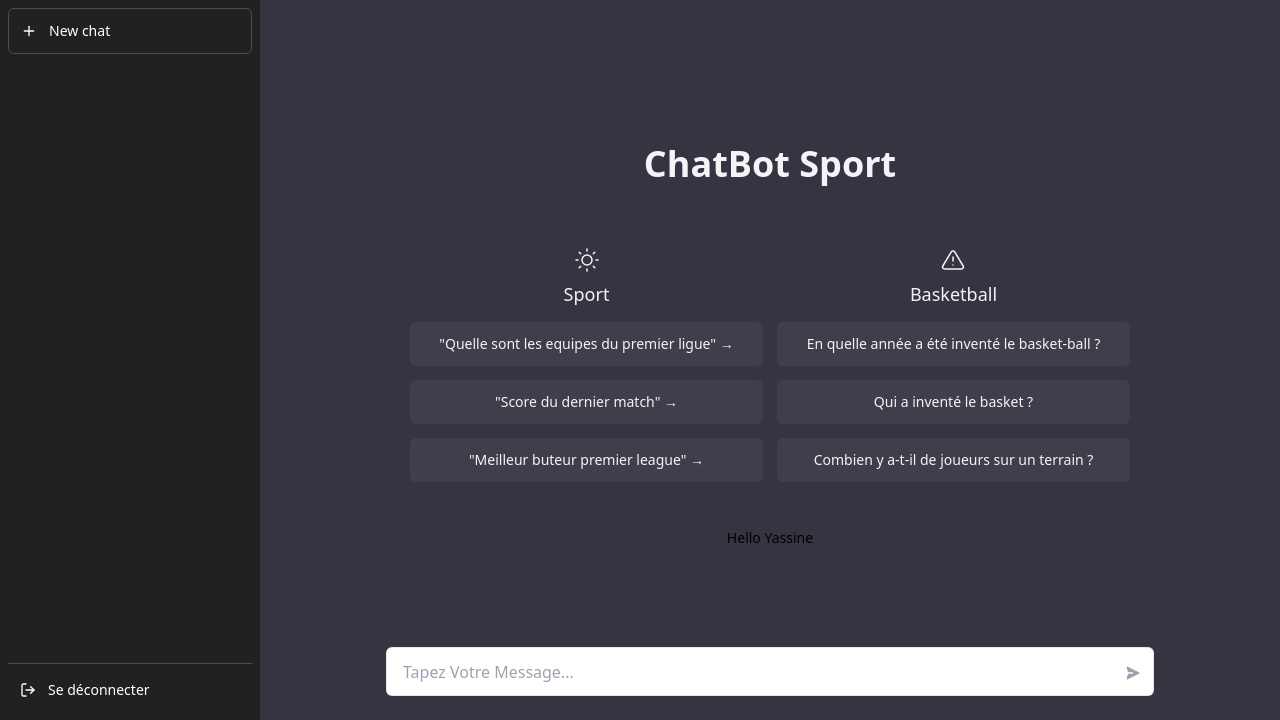
Repository: HaithemBenSlama/chatbot-front
Page: /, after clicking the first element matching `button.sc-gsFSXq`
The author's editor kept a copy of each file at every save. The page is drawn from the files as they stood at one save, then again after the next save.
The browser window is 1280 px wide. The pictures show the whole page.
The project was rebuilt for these pictures with package versions that can differ from the ones it lists, and the page was loaded fresh each time. Also part of the build but not shown: src/constants/svg/lightningChargeIcon.js, src/constants/svg/externalLinkIcon.js, src/constants/svg/discordIcon.js, src/constants/svg/menuIcon.js, src/Components/Login/form-input.css.

Above is the page before, as saved 2023-05-01 22:09:13.

### src/App.js
import React from 'react'
import { LeftSection, RightSection } from './Components/main'
import { useState } from "react"
import Login from './Components/Login/Login';

const App = () => {
  const [isLoggedIn, setIsLoggedIn] = useState(false);
  return (
    <div>
      {isLoggedIn ? (
        <>
        <LeftSection setIsLoggedIn={setIsLoggedIn}/>
        <RightSection/>
        </>
      ) : (
        <Login setIsLoggedIn={setIsLoggedIn}/>
      )}
    </div>
  )
      }
export default App

### src/Components/main/index.js
import LeftSection from "./LeftSection";
import RightSection from "./RightSection";
import Footer from "./Footer";

export {RightSection, LeftSection, Footer}

### src/Components/Login/Login.jsx
import React from "react";
import "./login.css";
import * as Components from './Components';
import   { useState } from 'react';
import { useCookies } from "react-cookie";
import FormInput from "./FormInput";

const Login = ({setIsLoggedIn}) => {
    const [token,setToken]=useCookies(["user-token"]);
    const [signIn, toggle] = React.useState(true);
    const [data, setData] = useState();

    const [values, setValues] = useState({
        username: "",
        password: "",
    });
    const onChange = (e) => {
            setValues({ ...values, [e.target.name]: e.target.value });
    };

    const [valuesCreate, setValuesCreate] = useState({
        username: "",
        city: "",
        email: "",
        password: "",
    });
    const onChangeCreate = (e) => {
        setValuesCreate({ ...valuesCreate, [e.target.name]: e.target.value });
    };
    const handleSubmit = (e) => {
        e.preventDefault();
    };

    const inputs = [
        {
        id: 1,
        name: "username",
        type: "text",
        placeholder: "Username",
        errorMessage:
            "Username should be 3-16 characters and shouldn't include any special character!",
        label: "Username",
        pattern: "^[A-Za-z0-9]{3,16}$",
        required: true,
        },
        {
        id: 2,
        name: "password",
        type: "password",
        placeholder: "Password",
        errorMessage:
            "Password should be 8-20 characters and include at least 1 letter and 1 number!",
        label: "Password",
        pattern: `^(?=.*[0-9])(?=.*[a-zA-Z])[a-zA-Z0-9!@#$%^&*]{8,20}$`,
        required: true,
        },
    ];

    const inputsCreate = [
        {
        id: 1,
        name: "username",
        type: "text",
        placeholder: "Username",
        errorMessage:
            "Username should be 3-16 characters and shouldn't include any special character!",
        label: "Username",
        pattern: "^[A-Za-z0-9]{3,16}$",
        required: true,
        },
        {
            id: 2,
            name: "city",
            type: "text",
            placeholder: "City",
            errorMessage:
                "City name should be 3-16 characters and shouldn't include any special character!",
            label: "City",
            pattern: "^[A-Za-z]{3,16}$",
            required: true,
            },
        {
        id: 3,
        name: "email",
        type: "email",
        placeholder: "Email",
        errorMessage: "It should be a valid email address!",
        label: "Email",
        required: true,
        },
        {
        id: 4,
        name: "password",
        type: "password",
        placeholder: "Password",
        errorMessage:
            "Password should be 8-20 characters and include at least 1 letter and 1 number!",
        label: "Password",
        pattern: `^(?=.*[0-9])(?=.*[a-zA-Z])[a-zA-Z0-9!@#$%^&*]{8,20}$`,
        required: true,
        },
    ];

    const submitLog = async (e) => {
        e.preventDefault()
        const user = {
            username: values.username,
            password: values.password
        };
        const response=await fetch('http://127.0.0.1:8000/user/verif_user_login/', {
            method: 'POST',
            headers: {
                'accept': '*/*',
                'Content-Type':'multipart/form-data; boundary=--------------------------499310528544182401120976',
            },
            body:JSON.stringify(user)
        })
        const responseJson=await response.json();
        setToken("user-token",responseJson.usertoken);
    };

    const submitCreate = async (e) => {

        e.preventDefault()
        const user = {
            username: valuesCreate.username,
            city: valuesCreate.city,
            email: valuesCreate.email,
            password: valuesCreate.password
        };
        const response=await fetch('http://127.0.0.1:8000/user/verif_user/', {
            method: 'POST',
            headers: {
                'accept': '*/*',
                'Content-Type':'multipart/form-data; boundary=--------------------------499310528544182401120976',
            },
            body:JSON.stringify(user)
        })
        const responseJson=await response.json();
        setToken("user-token",responseJson.usertoken);
    };


        return(
            <div className="comp_body"><h1 className="logTitle">ChatBot</h1>
                <Components.Container>
                    <Components.SignUpContainer signinIn={signIn}>
                        <Components.Form  onSubmit={handleSubmit} >
                            <Components.Title>Create Account</Components.Title>
                            {inputsCreate.map((input) => (
                                <FormInput
                                    key={input.id}
                                    {...input}
                                    value={valuesCreate[input.name]}
                                    onChange={onChangeCreate}
                                />
                                ))}
                            <Components.Button onClick={submitCreate}>Sign Up</Components.Button>
                        </Components.Form>
                    </Components.SignUpContainer>

                    <Components.SignInContainer signinIn={signIn}>
                        <Components.Form >
                            <Components.Title>Log in</Components.Title>
                            {inputs.map((input) => (
                                <FormInput
                                    key={input.id}
                                    {...input}
                                    value={values[input.name]}
                                    onChange={onChange}
                                />
                                ))}
                            <Components.Anchor href='#'>Forgot your password?</Components.Anchor>
                            <Components.Button onClick={()=>{setIsLoggedIn(true)}} >Sign In</Components.Button>
                        </Components.Form>
                    </Components.SignInContainer>

                    <Components.OverlayContainer signinIn={signIn}>
                    <Components.Overlay signinIn={signIn}>

                    <Components.LeftOverlayPanel signinIn={signIn}>
                        <Components.Title>Welcome Back!</Components.Title>
                        <Components.Paragraph>
                            To keep connected with us please login with your personal info
                        </Components.Paragraph>
                        <Components.GhostButton onClick={() => toggle(true)}>
                            Sign In
                        </Components.GhostButton>
                        </Components.LeftOverlayPanel>

                        <Components.RightOverlayPanel signinIn={signIn}>
                            <Components.Title>Hello, Friend!</Components.Title>
                            <Components.Paragraph>
                                Enter Your personal details and start journey with us
                            </Components.Paragraph>
                                <Components.GhostButton onClick={() => toggle(false)}>
                                    Sigin Up
                                </Components.GhostButton>
                        </Components.RightOverlayPanel>

                    </Components.Overlay>
                </Components.OverlayContainer>

            </Components.Container>
        </div>
        )
}

export default Login;

### src/Components/main/LeftSection/index.js
import React from "react";
import { LogOutIcon,PlusIcon,} from "../../../constants";

const LeftSection = ({ show = false }) => {
  return (
    <div
      className={`${show && " flex flex-col"} ${
        !show && "hidden"
      } bg-black md:fixed md:inset-y-0 md:flex md:w-[260px] md:flex-col`}
    >
      <div className="flex h-full min-h-0 flex-col ">
        <div className="scrollbar-trigger flex h-full w-full flex-1 items-start border-white/20">
          <nav className="flex h-full flex-1 flex-col space-y-1 p-2">
            <a className="flex py-3 px-3 items-center gap-3 rounded-md hover:bg-gray-500/10 transition-colors duration-200 text-white cursor-pointer text-sm mb-2 flex-shrink-0 border border-white/20">
              <PlusIcon />
              New chat
            </a>
            <div className="flex-col flex-1 overflow-y-auto border-b border-white/20">
              <div className="flex flex-col gap-2 text-gray-100 text-sm">
                {/*  */}
              </div>
            </div>
              <a
                className="flex py-3 px-3 items-center gap-3 rounded-md hover:bg-gray-500/10 transition-colors duration-200 text-white cursor-pointer text-sm"
                href="/Login"
              >
                <LogOutIcon/>
                Se déconnecter
              </a>
          </nav>
        </div>
      </div>
    </div>
  );
};

export default LeftSection;

### src/Components/main/RightSection/index.js
import { CautionIcon, LightningChargeIcon, SunIcon } from "../../../constants";
import Footer from "../Footer";

const RightSection = () => {
  return (
    <div className="flex h-full flex-1 flex-col md:pl-[260px]">
      <main className="relative h-full w-full transition-width flex flex-col overflow-hidden items-stretch flex-1">
        <div className="flex-1 overflow-hidden">
          <div className="flex flex-col items-center text-sm h-full md:h-screen bg-lightBlack">
            <div className="text-gray-800 w-full md:max-w-2xl lg:max-w-3xl md:h-full md:flex md:flex-col px-6">
              <h1 className="text-4xl text-gray-100 font-semibold text-center mt-6 sm:mt-[20vh] ml-auto mr-auto mb-10 sm:mb-16">
                ChatBot Sport
              </h1>
              <div className="md:flex items-start text-center gap-3.5">
                {[
                  {
                    icon: <SunIcon />,
                    title: "Sport",
                    subTitle: [
                      `"Quelle sont les equipes du premier ligue" →`,
                      `"Score du dernier match" →`,
                      `"Meilleur buteur premier league" →`,
                    ],
                    hover: true,
                  },
                  {
                    icon: <CautionIcon />,
                    title: "Basketball",
                    subTitle: [
                      `En quelle année a été inventé le basket-ball ?`,
                      `Qui a inventé le basket ?`,
                      `Combien y a-t-il de joueurs sur un terrain ?`,
                    ],
                    hover: false,
                  },
                ].map((item, index) => (
                  <div
                    className="flex flex-col mb-8 md:mb-auto gap-3.5 flex-1"
                    key={index}
                  >
                    <h2 className="flex gap-3 text-gray-100 items-center m-auto text-lg font-normal md:flex-col md:gap-2">
                      {item.icon}
                      {item.title}
                    </h2>
                    <ul className="flex flex-col gap-3.5 w-full sm:max-w-md m-auto">
                      {item.subTitle.map((subTitle, subTitleIndex) => (
                        <button
                          className={`w-full bg-gray-50 text-gray-100 bg-white/5 p-3 rounded-md ${
                            item.hover
                              ? "hover:bg-gray-200 dark:hover:bg-gray-900 cursor-pointer"
                              : "cursor-text"
                          }`}
                          key={subTitleIndex}
                        >
                          {subTitle}
                        </button>
                      ))}
                    </ul>
                  </div>
                ))}
              </div>
            </div>
            <div className="w-1/2 h-48 flex-shrink-0">
            <div className="md:flex items-start text-center gap-3.5">
              <ul className="flex flex-col gap-3.5 w-full sm:max-w-md m-auto">Hello Yassine</ul>
            </div>
            </div>
          </div>
        </div>
        <Footer />
      </main>
    </div>
  );
};

export default RightSection;

### src/Components/main/Footer/index.js
import React from "react";
import { PlaneIcon, UserIcon } from "../../../constants";

const Footer = () => {
  return (
    <div className="absolute bottom-0 left-0 w-full border-t md:border-t-0 dark:border-white/20 md:border-transparent md:dark:border-transparent md:bg-vert-light-gradient bg-gray-800 md:!bg-transparent">
      <form className="mx-2 flex flex-row gap-3 pt-2 last:mb-2 md:last:mb-6 lg:mx-auto lg:max-w-3xl lg:pt-6">
        <div className="relative flex h-full flex-1 md:flex-col">
          <div className="ml-1 mt-1.5 md:w-full md:m-auto md:flex md:mb-2 gap-2 justify-center">
            <div className="text-gray-100 p-1 md:hidden">
              <UserIcon />
            </div>
          </div>
          {/* Input */}
          <div className="flex flex-col w-full py-2 pl-3 flex-grow md:py-3 md:pl-4 relative border border-black/10 bg-white dark:border-gray-900/50 dark:text-white rounded-md bg-[rgba(64,65,79,var(--tw-bg-opacity))]">
            <textarea
              tabIndex="0"
              data-id="root"
              rows="1"
              placeholder="Tapez Votre Message..."
              className="m-0 w-full resize-none border-0 bg-transparent p-0 pr-7 focus:ring-0 focus-visible:ring-0 dark:bg-transparent outline-none overflow-y-hidden h-[23px]"
            ></textarea>
            <button className="absolute p-1 rounded-md text-gray-400 bottom-1.5 right-1 md:bottom-2.5 md:right-2 hover:bg-black">
              <PlaneIcon />
            </button>
          </div>
        </div>
      </form>
    </div>
  );
};

export default Footer;

### src/Components/Login/login.css
* {
    box-sizing: border-box;
}

.comp_body {
    background: #f6f5f7;
    display: flex;
    justify-content: center;
    align-items: center;
    flex-direction: column;
    font-family: "Montserrat", sans-serif;
    height: 100vh;
    margin: -20px 0 50px;
}
.logTitle {
    font-size: 3rem;
    font-weight: 600;
    text-align: center;
    margin-bottom: 2rem;
    color: #038c7a;
    text-shadow: 2px 2px 0px #f2f2f2, -2px -2px 0px #f2f2f2, 2px -2px 0px #f2f2f2, -2px 2px 0px #f2f2f2;
    text-transform: uppercase;
    letter-spacing: 3px;
    line-height: 1;
    position: relative;
}
.logTitle:before{
    content: "";
    width: 100%;
    height: 1px;
    position: absolute;
    bottom: -0.5rem;
    left: 0;
    background-color: #5c5c5c;
}

### src/Components/Login/Components.js
import styled from 'styled-components';

export const Container = styled.div`
background-color: #fff;
border-radius: 10px;
box-shadow: 0 14px 28px rgba(0, 0, 0, 0.25), 0 10px 10px rgba(0, 0, 0, 0.22);
position: relative;
overflow: hidden;
width: 678px;
max-width: 100%;
min-height: 450px;
`;

export const SignUpContainer = styled.div`
position: absolute;
top: 0;
height: 100%;
transition: all 0.6s ease-in-out;
left: 0;
width: 50%;
opacity: 0;
z-index: 1;
${props => props.signinIn !== true ? `
    transform: translateX(100%);
    opacity: 1;
    z-index: 5;
`
: null}
`;


export const SignInContainer = styled.div`
position: absolute;
top: 0;
height: 100%;
transition: all 0.6s ease-in-out;
left: 0;
width: 50%;
z-index: 2;
${props => (props.signinIn !== true ? `transform: translateX(100%);` : null)}
`;

export const Form = styled.div`
background-color: #ffffff;
display: flex;
align-items: center;
justify-content: center;
flex-direction: column;
padding: 0 50px;
height: 100%;
text-align: center;
`;

export const Title = styled.h1`
font-weight: bold;
margin-bottom: 15px;
`;

export const Input = styled.input`
background-color: #eee;
border: none;
padding: 12px 15px;
margin: 8px 0;
width: 100%;
`;


export const Button = styled.button`
    border-radius: 20px;
    border: 1px solid #1775d2;
    background-color: #1775d2;
    color: #ffffff;
    font-size: 12px;
    font-weight: bold;
    padding: 12px 45px;
    letter-spacing: 1px;
    text-transform: uppercase;
    transition: transform 80ms ease-in;
    &:active{
        transform: scale(0.95);
    }
    &:focus {
        outline: none;
    }
`;
export const GhostButton = styled(Button)`
background-color: transparent;
border-color: #ffffff;
`;

export const Anchor = styled.a`
color: #333;
font-size: 14px;
text-decoration: none;
margin: 15px 0;
`;
export const OverlayContainer = styled.div`
position: absolute;
top: 0;
left: 50%;
width: 50%;
height: 100%;
overflow: hidden;
transition: transform 0.6s ease-in-out;
z-index: 100;
${props =>
props.signinIn !== true ? `transform: translateX(-100%);` : null}
`;

export const Overlay = styled.div`
background: #1775d2;
background: -webkit-linear-gradient(to right, #1775d2, #25b579);
background: linear-gradient(to right, #1775d2,#1775d2);
background-repeat: no-repeat;
background-size: cover;
background-position: 0 0;
color: #ffffff;
position: relative;
left: -100%;
height: 100%;
width: 200%;
transform: translateX(0);
transition: transform 0.6s ease-in-out;
${props => (props.signinIn !== true ? `transform: translateX(50%);` : null)}
`;

export const OverlayPanel = styled.div`
    position: absolute;
    display: flex;
    align-items: center;
    justify-content: center;
    flex-direction: column;
    padding: 0 40px;
    text-align: center;
    top: 0;
    height: 100%;
    width: 50%;
    transform: translateX(0);
    transition: transform 0.6s ease-in-out;
`;

export const LeftOverlayPanel = styled(OverlayPanel)`
transform: translateX(-20%);
${props => props.signinIn !== true ? `transform: translateX(0);` : null}
`;

export const RightOverlayPanel = styled(OverlayPanel)`
    right: 0;
    transform: translateX(0);
    ${props => props.signinIn !== true ? `transform: translateX(20%);` : null}
`;

export const Paragraph = styled.p`
font-size: 14px;
font-weight: 100;
line-height: 20px;
letter-spacing: 0.5px;
margin: 20px 0 30px
`;

### src/Components/Login/FormInput.jsx
import { useState } from "react";
import "./form-input.css";

const FormInput = (props) => {
const [focused, setFocused] = useState(false);
const { label, errorMessage, onChange, id, ...inputProps } = props;

const handleFocus = (e) => {
    setFocused(true);
};

return (
    <div className="formInput">
    <input className="inputAuth"
        {...inputProps}
        onChange={onChange}
        onBlur={handleFocus}
        onFocus={() =>
        inputProps.name === "confirmPassword" && setFocused(true)
        }
        focused={focused.toString()}
    />
    <span className="spanAuth">{errorMessage}</span>
    </div>
);
};

export default FormInput;

### src/constants/index.js
import SunIcon from "./svg/sunIcon";
import LightningChargeIcon from "./svg/lightningChargeIcon";
import CautionIcon from "./svg/cautionIcon";
import PlaneIcon from "./svg/planeIcon";
import PlusIcon from "./svg/plusIcon";
import ExternalLinkIcon from "./svg/externalLinkIcon";
import DiscordIcon from "./svg/discordIcon";
import LogOutIcon from "./svg/logOutIcon";
import MenuIcon from "./svg/menuIcon";
import UserIcon from "./svg/userIcon";

export {
  SunIcon,
  LightningChargeIcon,
  CautionIcon,
  PlaneIcon,
  PlusIcon,
  DiscordIcon,
  ExternalLinkIcon,
  LogOutIcon,
  MenuIcon,
  UserIcon,
};

### src/constants/svg/sunIcon.js
import React from "react";

const SunIcon = ({ className = "h-6 w-6", strokeWidth = "1.5" }) => {
  return (
    <svg
      stroke="currentColor"
      fill="none"
      strokeWidth={strokeWidth}
      viewBox="0 0 24 24"
      strokeLinecap="round"
      strokeLinejoin="round"
      className={className}
      height="1em"
      width="1em"
      xmlns="http://www.w3.org/2000/svg"
    >
      <circle cx="12" cy="12" r="5"></circle>
      <line x1="12" y1="1" x2="12" y2="3"></line>
      <line x1="12" y1="21" x2="12" y2="23"></line>
      <line x1="4.22" y1="4.22" x2="5.64" y2="5.64"></line>
      <line x1="18.36" y1="18.36" x2="19.78" y2="19.78"></line>
      <line x1="1" y1="12" x2="3" y2="12"></line>
      <line x1="21" y1="12" x2="23" y2="12"></line>
      <line x1="4.22" y1="19.78" x2="5.64" y2="18.36"></line>
      <line x1="18.36" y1="5.64" x2="19.78" y2="4.22"></line>
    </svg>
  );
};

export default SunIcon;

### src/constants/svg/cautionIcon.js
import React from "react";

const CautionIcon = () => {
  return (
    <svg
      stroke="currentColor"
      fill="none"
      strokeWidth="1.5"
      viewBox="0 0 24 24"
      strokeLinecap="round"
      strokeLinejoin="round"
      className="h-6 w-6"
      height="1em"
      width="1em"
      xmlns="http://www.w3.org/2000/svg"
    >
      <path d="M10.29 3.86L1.82 18a2 2 0 0 0 1.71 3h16.94a2 2 0 0 0 1.71-3L13.71 3.86a2 2 0 0 0-3.42 0z"></path>
      <line x1="12" y1="9" x2="12" y2="13"></line>
      <line x1="12" y1="17" x2="12.01" y2="17"></line>
    </svg>
  );
};

export default CautionIcon;

### src/constants/svg/planeIcon.js
import React from "react";

const PlaneIcon = () => {
  return (
    <svg
      stroke="currentColor"
      fill="currentColor"
      strokeWidth="0"
      viewBox="0 0 20 20"
      className="h-4 w-4 rotate-90"
      height="1em"
      width="1em"
      xmlns="http://www.w3.org/2000/svg"
    >
      <path d="M10.894 2.553a1 1 0 00-1.788 0l-7 14a1 1 0 001.169 1.409l5-1.429A1 1 0 009 15.571V11a1 1 0 112 0v4.571a1 1 0 00.725.962l5 1.428a1 1 0 001.17-1.408l-7-14z"></path>
    </svg>
  );
};

export default PlaneIcon;

### src/constants/svg/plusIcon.js
import React from "react";

const PlusIcon = ({ className = "h-4 w-4" }) => {
  return (
    <svg
      stroke="currentColor"
      fill="none"
      strokeWidth="2"
      viewBox="0 0 24 24"
      strokeLinecap="round"
      strokeLinejoin="round"
      className={className}
      height="1em"
      width="1em"
      xmlns="http://www.w3.org/2000/svg"
    >
      <line x1="12" y1="5" x2="12" y2="19"></line>
      <line x1="5" y1="12" x2="19" y2="12"></line>
    </svg>
  );
};

export default PlusIcon;

### src/constants/svg/logOutIcon.js
import React from "react";

const LogOutIcon = () => {
  return (
    <svg
      stroke="currentColor"
      fill="none"
      strokeWidth="2"
      viewBox="0 0 24 24"
      strokeLinecap="round"
      strokeLinejoin="round"
      className="h-4 w-4"
      height="1em"
      width="1em"
      xmlns="http://www.w3.org/2000/svg"
    >
      <path d="M9 21H5a2 2 0 0 1-2-2V5a2 2 0 0 1 2-2h4"></path>
      <polyline points="16 17 21 12 16 7"></polyline>
      <line x1="21" y1="12" x2="9" y2="12"></line>
    </svg>
  );
};

export default LogOutIcon;

### src/constants/svg/userIcon.js
import React from "react";

const UserIcon = () => {
  return (
    <svg
      xmlns="http://www.w3.org/2000/svg"
      fill="none"
      viewBox="0 0 24 24"
      strokeWidth={1.5}
      stroke="currentColor"
      className="w-6 h-6"
    >
      <path
        strokeLinecap="round"
        strokeLinejoin="round"
        d="M15.75 6a3.75 3.75 0 11-7.5 0 3.75 3.75 0 017.5 0zM4.501 20.118a7.5 7.5 0 0114.998 0A17.933 17.933 0 0112 21.75c-2.676 0-5.216-.584-7.499-1.632z"
      />
    </svg>
  );
};

export default UserIcon;

### tailwind.config.js
/** @type {import('tailwindcss').Config} */
module.exports = {
  content: ["./src/**/*.{js,jsx,ts,tsx}"],
  theme: {
    extend: {
      colors: {
        black: "#202123",
        lightBlack: "#343541",
      },
    },
  },
  plugins: [],
};

Loaded but not shown: public/index.html (common file); src/index.js (common file); src/index.css (common file)

After the next save:
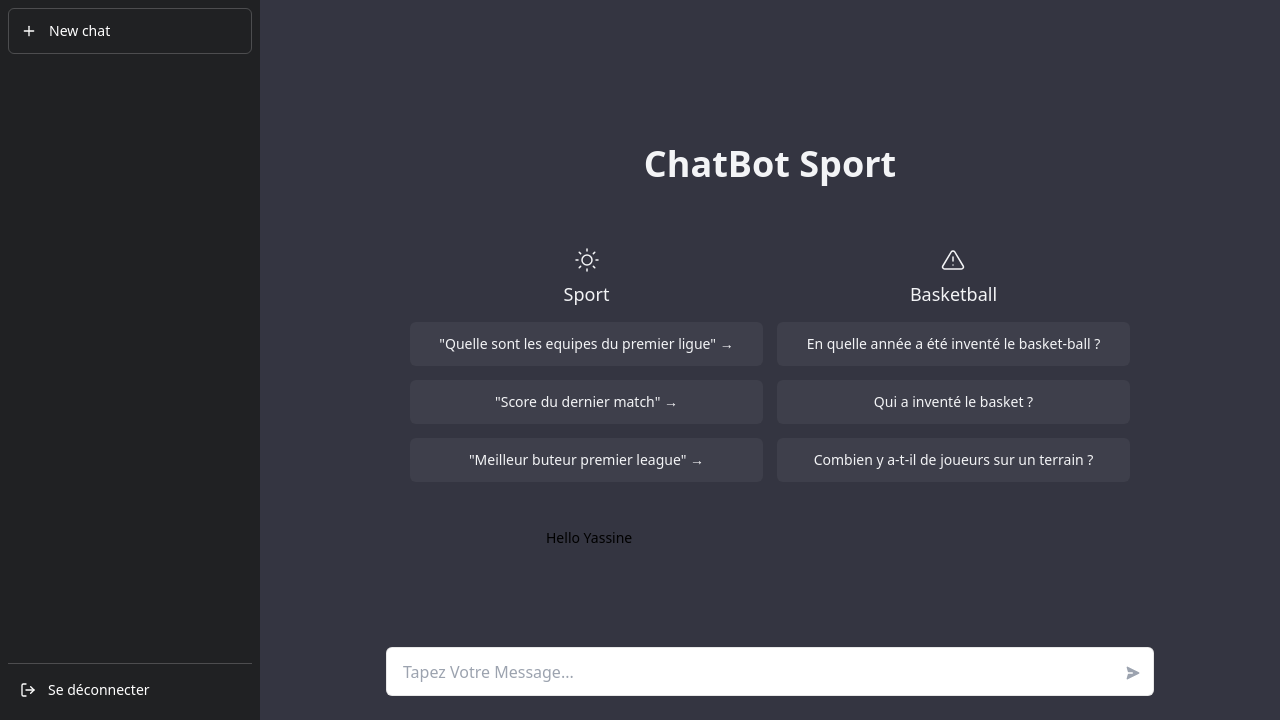
Saved 63 s later.
--- a/src/Components/main/RightSection/index.js
+++ b/src/Components/main/RightSection/index.js
@@ -61,7 +61,7 @@ const RightSection = () => {
               </div>
             </div>
             <div className="w-1/2 h-48 flex-shrink-0">
-            <div className="md:flex items-start text-center gap-3.5">
+            <div className="flex flex-col mb-8 md:mb-auto gap-3.5 flex-1">
               <ul className="flex flex-col gap-3.5 w-full sm:max-w-md m-auto">Hello Yassine</ul>
             </div>
             </div>
